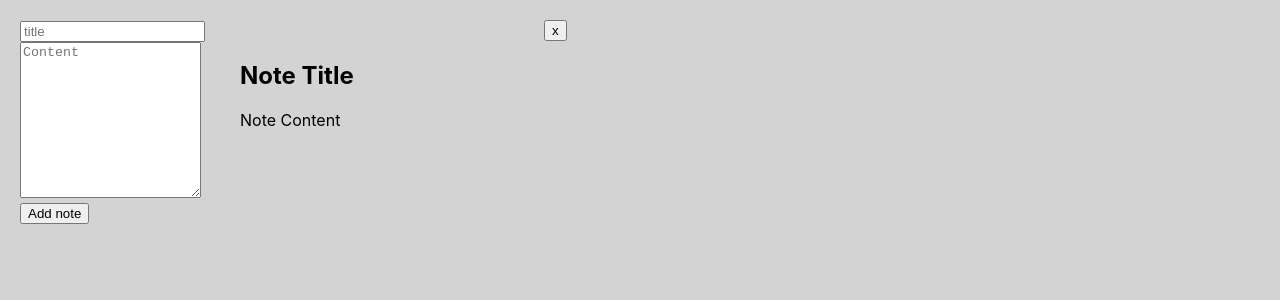
Repository: karolina-rachuta/Notes_React_Node_Js
Page: /
The author's editor kept a copy of each file at every save. The page is drawn from the files as they stood at one save, then again after the next save.
The browser window is 1280 px wide. The pictures show the whole page.
The project was rebuilt for these pictures with package versions that can differ from the ones it lists, and the page was loaded fresh each time.

Above is the page before, as saved 2024-08-10 21:28:16.

After the next save:
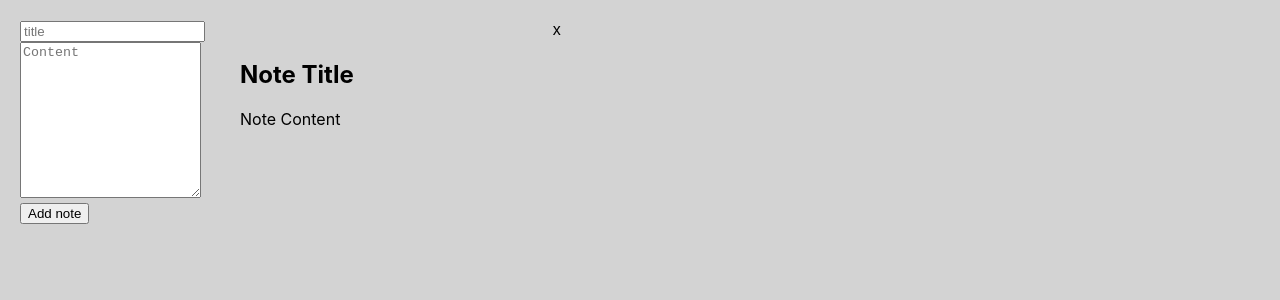
Saved 30 s later.
--- a/src/App.css
+++ b/src/App.css
@@ -37,3 +37,10 @@ body {
   display: flex;
   justify-content: flex-end;
 }
+
+.notes-header button {
+  font-size: 16px;
+  background: transparent;
+  border: none;
+
+}
